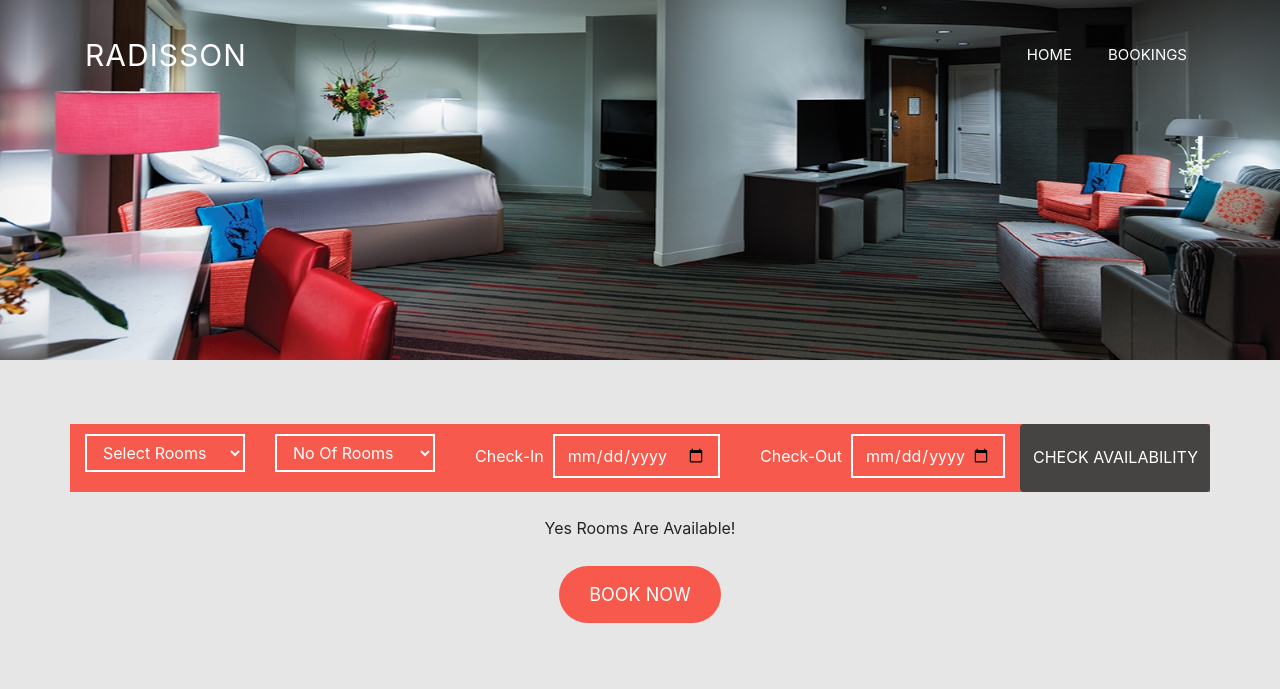
Repository: kapsky5/HotelManagement
Page: rooms.html
An editor plug-in stored every save of this project. The page is shown before and after the next save, followed by the edit.
The browser window is 1280 px wide. The pictures show the part of the page from y = 0 to 689 px (the page is 2197 px tall before and 2056 px after).
Pictures or frames that could not be fetched are drawn as grey boxes. Some web libraries are served in a nearby version.

Above is the page before, as saved 2019-11-08 08:40:14.
Console error: ReferenceError: none is not defined

### rooms.html
<!DOCTYPE html>
<html lang="en">
<head>
    <meta charset="UTF-8">
    <meta name="viewport" content="width=device-width, initial-scale=1.0">
    <meta http-equiv="X-UA-Compatible" content="ie=edge">
    <title>RADISSON BLU</title>
    <link rel="stylesheet" href="css/main.css">
    <link rel="stylesheet" href="https://maxcdn.bootstrapcdn.com/bootstrap/4.0.0/css/bootstrap.min.css" integrity="sha384-Gn5384xqQ1aoWXA+058RXPxPg6fy4IWvTNh0E263XmFcJlSAwiGgFAW/dAiS6JXm" crossorigin="anonymous">
    <!-- <script src="https://kit.fontawesome.com/82e6195eae.js" crossorigin="anonymous"></script> -->
</head>
<body>

    <nav class="navbar navbar-expand-lg navbar-light fixed-top" id="caro" style="margin-top: 20px;">
        <div class="container">
            <a class="navbar-brand" href="#">RADISSON</a>
            <button class="navbar-toggler" type="button" data-toggle="collapse" data-target="#navbarSupportedContent">
                <span class="navbar-toggler-icon"></span>
            </button>

            <div class="collapse navbar-collapse" id="navbarSupportedContent" >
                <ul class="navbar-nav ml-auto">
                    <li class="nav-item active ">
                        <a class="nav-link" href="/">Home <span class="sr-only">(current)</span></a>
                    </li>
                    <li class="nav-item">
                        <a class="nav-link" href="/booking">Bookings</a>
                    </li>
                </ul>
            </div>
        </div>
    </nav>

    <div>
        <img src="./images/cover1.jpg" class="image">
    </div>

    <div class="containerz">
        <div class="container" style="padding: 0px;">
            <br>
            <div class="row avail" id="checker">
                <div class="col-md-2" style="padding-top: 10px;">
                    <div class="form-group">
                        <select id="type" name="type" class="form-control" placeholder="Select-Room">
                            <option>Select Rooms</option>
                            <option>Suites</option>
                            <option>Deluxe Rooms</option>
                            <option>King Rooms</option>
                            <option>Single</option>
                        </select>
                    </div>
                </div>
                <div class="col-md-2" style="padding-top: 10px;">
                    <div class="form-group">
                        <select id="rooms" name="rooms" class="form-control" placeholder="Number Of Rooms">
                            <option>No Of Rooms</option>
                            <option>1</option>
                            <option>2</option>
                            <option>3</option>
                            <option>4</option>
                        </select>
                    </div>
                </div>
                <div class="col-md-3" style="padding-top: 10px;">
                    <div class="input-group">
                        <div class="input-group-prepend" style="padding: 10px;">
                            <span>Check-In</span>
                        </div>
                        <input id="from" name="from" class="form-control" type="date" id="from">
                    </div>
                </div>
                <div class="col-md-3" style="padding-top: 10px;">
                    <div class="input-group">
                        <div class="input-group-prepend" style="padding: 10px;" >
                            <span>Check-Out</span>
                        </div>
                        <input id="to" name="to" class="form-control" type="date" id="to">
                    </div>
                </div>
                <button class="col-md-2 btn btn-default" onclick="checkAvailability()" style="background-color: #464343; padding-top: 20px;" type="submit">
                    <div class="text-center" style="color: white;">
                        <p>CHECK AVAILABILITY</p>
                    </div>
                </button>
            </div>

            <div class="text-center result" id="presult">
                <br>
                <p>Yes Rooms Are Available!</p>
                <a href="/booking">
                    <div class="btn btn-default" style="color: white;">Book Now</div>
                </a>
            </div>

            <div class="text-center" style="padding: 70px 0 50px 0;">
                <p class="heading1">Featured rooms</p>
            </div>
            <br>
            <div class="card">
                <div class="card-body">
                    <div class="row">
                        <div class="col-md-7 imgx">
                            <img class="room-img" src="images/suite.jpg">
                        </div>
                        <div class="col-md-5 dpt" >
                            <h3 class="head-room">Suites</h3>
                            <br>
                            <p>Pellentesque habitant morbi tristique senectus et netus ett mauada fames ac turpis egestas. Etiam euismod tempor leo, in suscipit urna condimentum sed. Vivamus augue enim, consectetur ac interdum a, pulvinar ac massa. Nullam malesuada congue</p>
                            <br>
                            <a href="./booking" class="btn">Book Now</a>
                        </div>
                    </div>
                </div>
            </div>
            <div class="card" style="margin: 40px 0px;">
                <div class="card-body">
                    <div class="row">
                        <div class="col-md-6 dpt">
                            <h3 class="head-room">King rooms</h3>
                            <br>
                            <p>Pellentesque habitant morbi tristique senectus et netus ett mauada fames ac turpis egestas. Etiam euismod tempor leo, in suscipit urna condimentum sed. Vivamus augue enim, consectetur ac interdum a, pulvinar ac massa. Nullam malesuada congue</p>
                            <br>
                            <a href="./booking" class="btn">Book Now</a>
                        </div>
                        <div class="col-md-6 imgx">
                            <img class="room-img" src="images/suite.jpg">
                        </div>
                    </div>
                </div>
            </div>
            <div class="card" >
                <div class="card-body">
                    <div class="row">
                        <div class="col-md-3 imgx">
                            <img class="room-img" src="images/suite.jpg">
                        </div>
                        <div class="col-md-3 dpts" >
                            <h3 class="head-room">Single</h3>
                            <br>
                            <p>Pellentesque habitant morbi tristique senectus et netus ett mauada fames ac turpis egestas. Etiam euismod tempor leo, in suscipit urna condimentum sed.</p>
                            <br>
                            <a href="./booking" class="btn">Book Now</a>
                        </div>
                        <div class="col-md-3 imgx ">
                            <img class="room-img" src="images/suite.jpg">
                        </div>
                        <div class="col-md-3 dpts">
                            <h3 class="head-room">Suite</h3>
                            <br>
                            <p>Pellentesque habitant morbi tristique senectus et netus ett mauada fames ac turpis egestas. Etiam euismod tempor leo, in suscipit urna condimentum sed.</p>
                            <br>
                            <a href="./booking" class="btn">Book Now</a>
                        </div>
                    </div>
                </div>
            </div>

        </div>
    </div>

    <script src="https://code.jquery.com/jquery-3.2.1.slim.min.js" integrity="sha384-KJ3o2DKtIkvYIK3UENzmM7KCkRr/rE9/Qpg6aAZGJwFDMVNA/GpGFF93hXpG5KkN" crossorigin="anonymous"></script>
    <script src="https://cdnjs.cloudflare.com/ajax/libs/popper.js/1.12.9/umd/popper.min.js" integrity="sha384-ApNbgh9B+Y1QKtv3Rn7W3mgPxhU9K/ScQsAP7hUibX39j7fakFPskvXusvfa0b4Q" crossorigin="anonymous"></script>
    <script src="https://maxcdn.bootstrapcdn.com/bootstrap/4.0.0/js/bootstrap.min.js" integrity="sha384-JZR6Spejh4U02d8jOt6vLEHfe/JQGiRRSQQxSfFWpi1MquVdAyjUar5+76PVCmYl" crossorigin="anonymous"></script>
    <script>
        var checker = document.getElementById('checker');
        var presult = document.getElementById('presult');
        presult.style.display = none;

        async function checkAvailability(){
            let type = document.getElementById('type').value;
            let room = document.getElementById('rooms').value;
            let from = document.getElementById('from').value;
            let to = document.getElementById('to').value;

            let data = {"type": type, "room": room, "from": from, "to": to};
            console.log("Button Clicked");
            const res = await fetch('http://localhost:3000/booking/check', {
                method: 'POST',
                headers: {
                    'Content-Type': 'application/json'
                },
                body: JSON.stringify(data)
            });
            const response = await res.json();
            console.log(response.message);
            if(response.message=="Avail"){
                checker.style.display = "none";
                presult.style.display = "block";
            }
            else{
                alert(response.message);
            }
        }

    </script>
</body>
</html>

<!--
<div class="image" style="background-image:url(assets/images/hotel_feture_1.jpg);">
    <div class="descrip text-center">
      <p><small>For as low as</small><span>$100/night</span></p>
    </div>
  </div> -->

### css/main.css
.fixed-top{
    position: absolute !important;
}
.carousel-item{
    height: 100vh;
    min-height: 300px;
    background: no-repeat center center scroll;
    -webkit-baackground-size: cover;
    background-size: cover;
    position: absolute;
}
.carousel-caption {
    top: 40% !important;
}
.carousel-caption h5{
    color: #ffffff;
    text-transform: uppercase;
    font-size: 35px;
    letter-spacing: 2px;
    margin-top:25px;
}
.navbar-light .nav-link{
    text-transform: uppercase;
    color: #ffffff !important;
    font-size: 15px;
    margin-left: 20px;
}
.navbar-light .navbar-brand{
    color: #ffffff !important;
    font-size: 30px;
    letter-spacing: 1px;
}
.nav-link:active, .nav-link:hover {
    color: #F75A4C !important;
}
.carousel-caption .btn {
    margin: 40px 20px;
    padding: 15px 30px;
    border-radius: 40px;
    background: #F75A4C;
    border: none;
    text-transform: uppercase;
    font-size: 18px;
}
.carousel-caption .btn:hover{
    background: #454244;
}
.fac{
    margin: 0 auto;
    font-size: 25px;
    letter-spacing: 1px;
}
.tabx h6{
    font-weight: 600 !important;
}
.nav-item.nav-link{
    color: rgb(192, 192, 192);
}
.nav-item.nav-link.active{
    color: #F75A4C !important;
    background-color: #ffffff !important;
}
#tabs .nav > a{
    border-radius: 0px;
    padding: 40px 1rem;
    border-bottom: 1px solid rgb(192, 192, 192);
}
#tabs .nav > a.active{
    border-bottom: 1px solid #F75A4C;
}
.containerx{
    padding: 40px;
}
.containerx p{
    font-size: 18px;
    line-height: 1.8;
    color: #848484;
}
.tabImg{
    max-width: 100%;
    height: 550px;
}
.heading{
    color: #F75A4C;
    text-transform: uppercase;
    margin-bottom: 20px;
}
.sub-heading{
    margin-top: 20px;
    font-size: 16px;
    color: rgb(192, 192, 192);
}
.foot{
    margin-top: 50px;
    background-color: #E6E6E6;
}
.rowinfoot{
    padding: 30px 0px;
}
.foo-head{
    font-size: 20px;
    color: #F75A4C;
    margin: 20px 0;
}
.foo-text{
    font-size: 16px;
    line-height: 1.5;
}
.foo-text li a{
    color: black;
    text-decoration: none;
}
.copyright {
    color: white;
    background: #554f53;
    justify-content: center;
}
.copyright p{
    margin-bottom: 0;
}
.image{
    width: 100%;
    height: 50vh;
}
.containerz{
    background-color: #E6E6E6;
}
.heading1{
    text-transform: uppercase;
    font-size: 24px;
    letter-spacing: 1px;
}
.room-img{
    width: 100%;
    height: 415px;
}
.card{
    border-radius: 0px !important;
}
.card-body{
    padding: 0px !important;
}
.head-room{
    color: #F75A4C;
    font-size: 22px;
    text-transform: uppercase;
    letter-spacing: 1px;
}
.card-body.row.col-md-5, .card-body.row.col-md-7, .card-body.row.col-md-6, .card-body.row.col-md-3{
    padding: 0px !important;
}

.containerz .imgx, .containerz .imgx{
    padding: 0px !important;
}
.dpt, .dpts{
    padding: 40px 50px !important;
}
.dpt p{
    font-size: 18px;
    line-height: 1.8;
    color: #848484;
}
.dpts p{
    font-size: 16px;
    line-height: 1.5;
    color: #848484;
}
.row{
    margin: 0px !important;
}
.card .btn{
    padding: 10px 30px;
    border-radius: 0px;
    background: #F75A4C;
    border: none;
    text-transform: uppercase;
    font-size: 18px;
}
.avail{
    color: white;
    margin-top: 40px !important;
    background-color: #F75A4C;
    padding: auto auto;
}
.form-control{
    background-color: #F75A4C !important;
    color: white !important;
    border-radius: 0 !important;
    border: 2px solid white !important;
}
input[type=date]::-webkit-inner-spin-button {
    -webkit-appearance: none;
    display: none;
}
.result .btn{
    margin: 10px 20px;
    padding: 15px 30px;
    border-radius: 40px;
    background: #F75A4C;
    border: none;
    text-transform: uppercase;
    font-size: 18px;
}
.dpts a, .dpt a{
    color: white;
}
.dpts a:hover, .dpt a:hover{
    color: white;
}

After the next save:
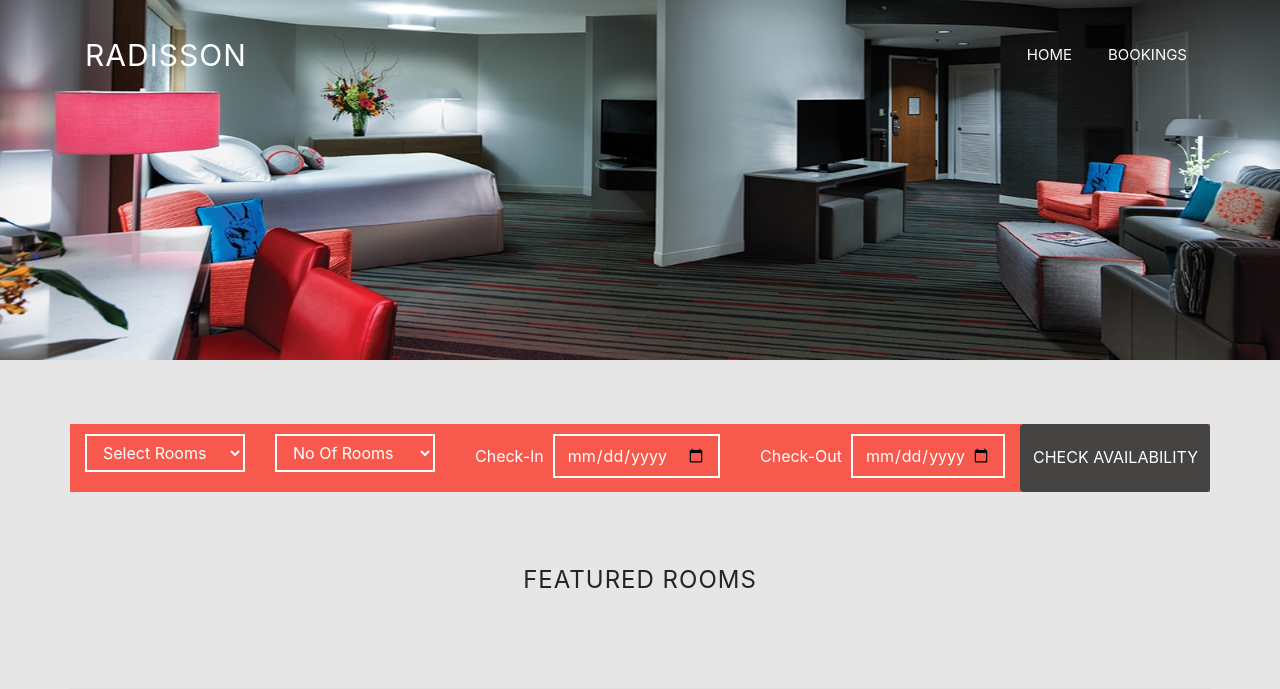
The error is gone.
Saved 16 s later.
--- a/rooms.html
+++ b/rooms.html
@@ -164,7 +164,7 @@
     <script>
         var checker = document.getElementById('checker');
         var presult = document.getElementById('presult');
-        presult.style.display = none;
+        presult.style.display = "none";
 
         async function checkAvailability(){
             let type = document.getElementById('type').value;
